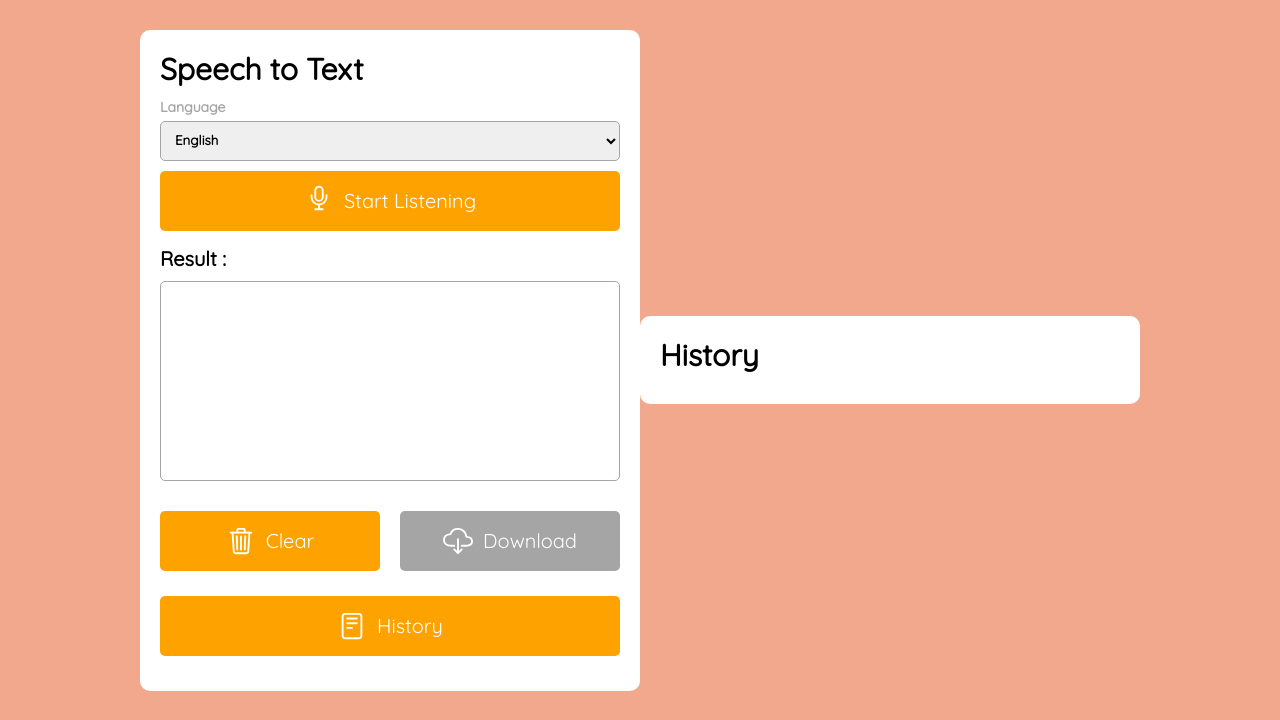
Repository: tsthuy/SpeechToText
Page: index.html
These files come from the project's save history. The page is drawn as it stood at one moment and after the next save; the edit follows.
The browser window is 1280 px wide. The pictures show the whole page.

Above is the page before, as saved 2023-08-28 04:58:14.

After the next save:
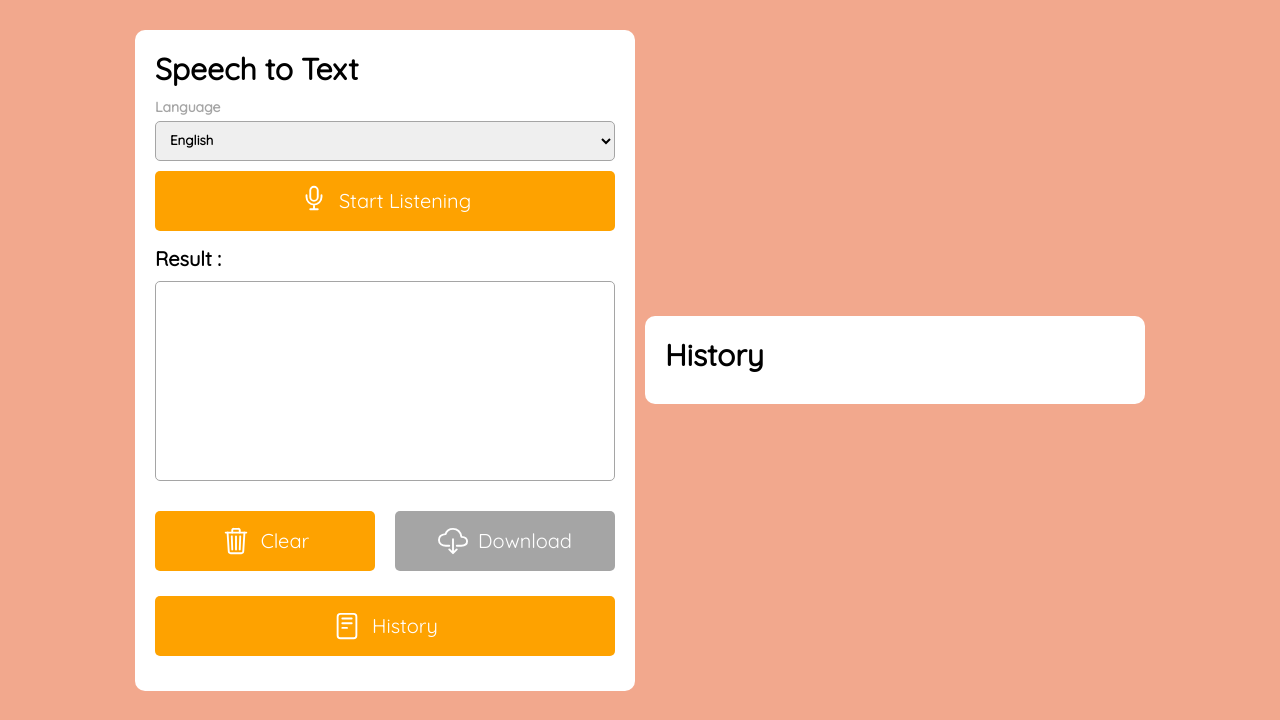
Saved 2 min 47 s later.
--- a/style.css
+++ b/style.css
@@ -25,6 +25,7 @@ body {
   padding: 20px;
   border-radius: 10px;
   background-color: var(--bg-color);
+  margin: 0 5px;
 }
 .container .heading {
   font-size: 30px;
